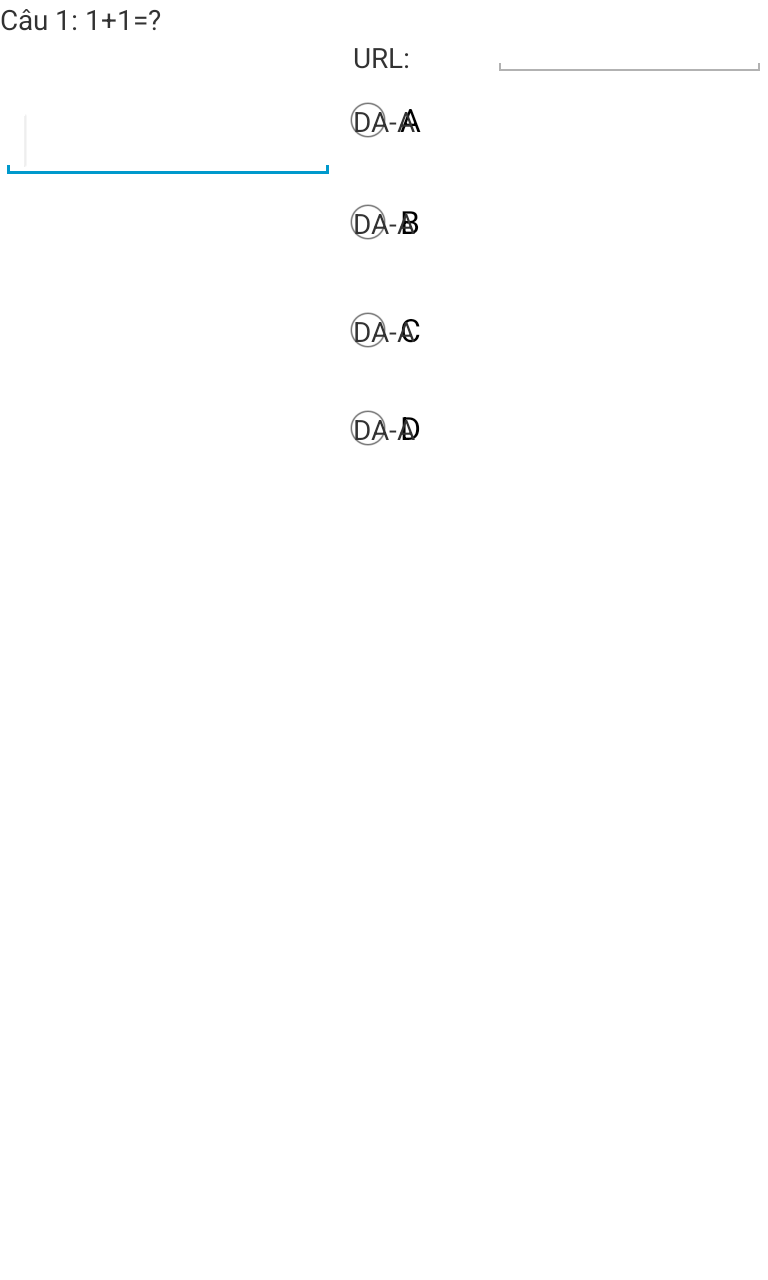
Repository: hieu19926/Non_cable_networking
Layout: SecondGraders/res/layout/test_json.xml
An editor plug-in stored every save of this project. The layout is shown before and after the next save, followed by the edit.
It is drawn on a 768 x 1280 px phone screen (xhdpi) without system bars, with theme AppTheme; the app's code is not run.

Above is the layout before, as saved 2014-10-13 12:20:16.

After the next save:
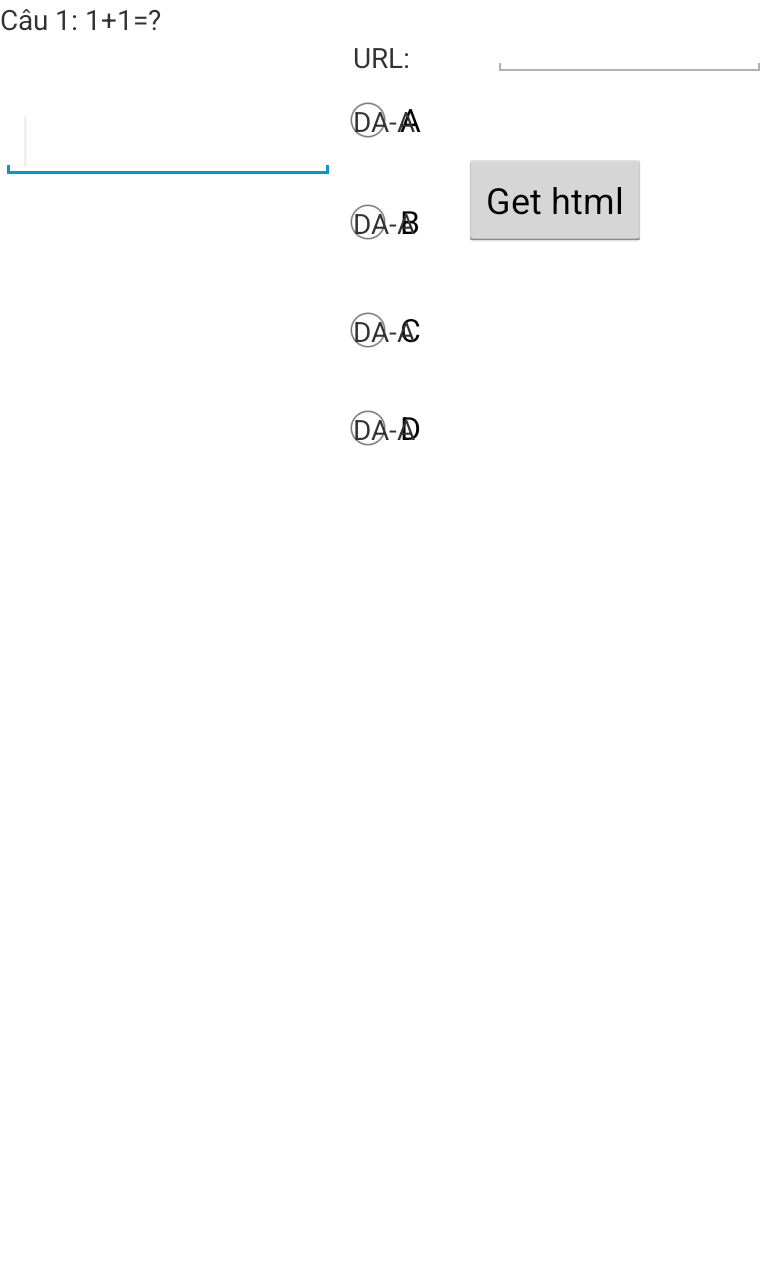
Saved 36 s later.
--- a/SecondGraders/res/layout/test_json.xml
+++ b/SecondGraders/res/layout/test_json.xml
@@ -122,4 +122,13 @@
         android:text="URL:"
         android:textAppearance="?android:attr/textAppearanceSmall" />
 
+    <Button
+        android:id="@+id/button1"
+        android:layout_width="wrap_content"
+        android:layout_height="wrap_content"
+        android:layout_alignParentRight="true"
+        android:layout_below="@+id/radioButton1"
+        android:layout_marginRight="60dp"
+        android:text="Get html" />
+
 </RelativeLayout>
